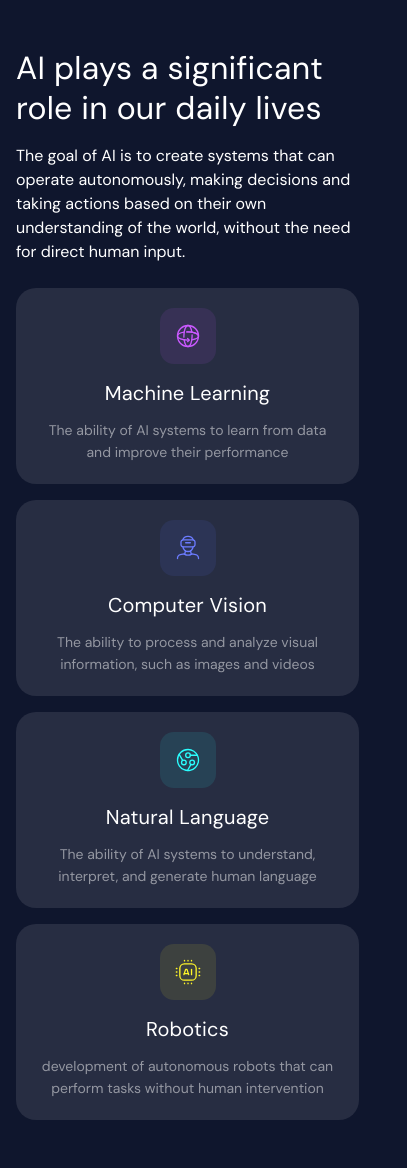
Repository: alphatra/INVO-Academy
Page: / (app in [lvl 1] Sekcja 4 obszarów AI/Starter-code/)
An editor plug-in stored every save of this project. The page is shown before and after the next save, followed by the edit.
The browser window is 375 px wide. The page is 375 px wide, then 407 px, then 375 px, so the pictures cover 407 px, including what lies to the right of the window. The pictures show the whole page.
The project was rebuilt for these pictures with package versions that can differ from the ones it lists, and the page was loaded fresh each time.

Above is the page before, as saved 2023-03-24 14:55:33.

After the next save:
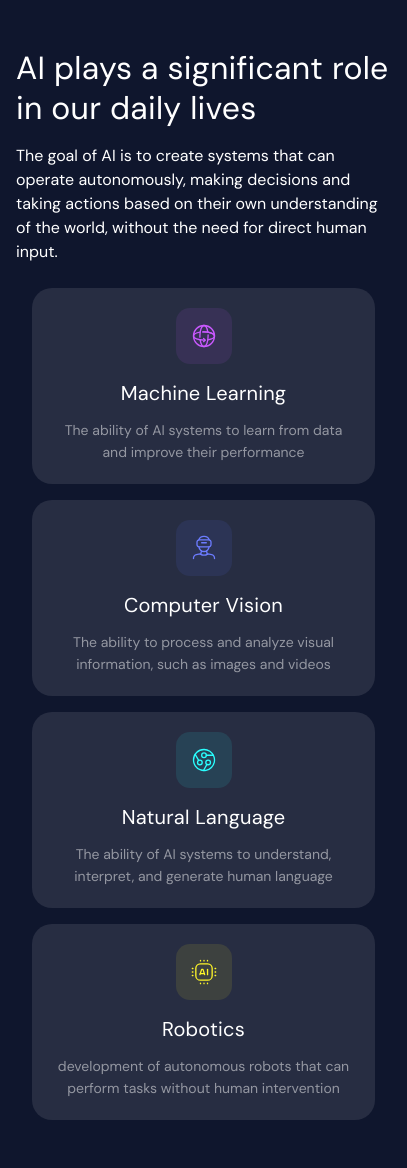
Saved 18 s later.
--- a/[lvl 1] Sekcja 4 obszarów AI/Starter-code/src/pages/home-page/styles/home-page.scss
+++ b/[lvl 1] Sekcja 4 obszarów AI/Starter-code/src/pages/home-page/styles/home-page.scss
@@ -182,7 +182,7 @@
     @media only screen and (max-width: 375px){
         .hero{
             margin: 48px auto;
-            width: 100%;
+            min-width: 100%;
             &__header{
                 align-self: center;
             }

After the 3 saves that followed:
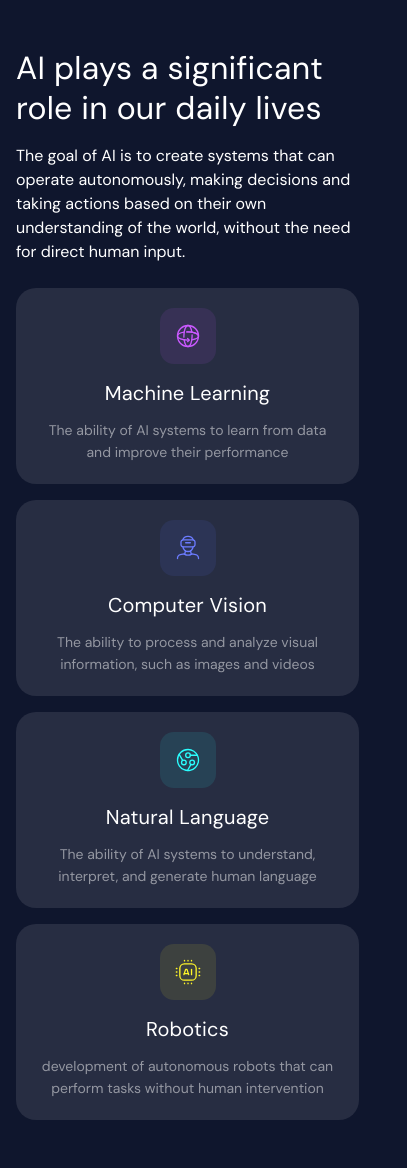
The 3 saves are shown as one change because 1 left the picture as it was and some came seconds apart.
The last was saved 75 s later.
--- a/[lvl 1] Sekcja 4 obszarów AI/Starter-code/src/pages/home-page/styles/home-page.scss
+++ b/[lvl 1] Sekcja 4 obszarów AI/Starter-code/src/pages/home-page/styles/home-page.scss
@@ -182,7 +182,6 @@
     @media only screen and (max-width: 375px){
         .hero{
             margin: 48px auto;
-            min-width: 100%;
             &__header{
                 align-self: center;
             }
